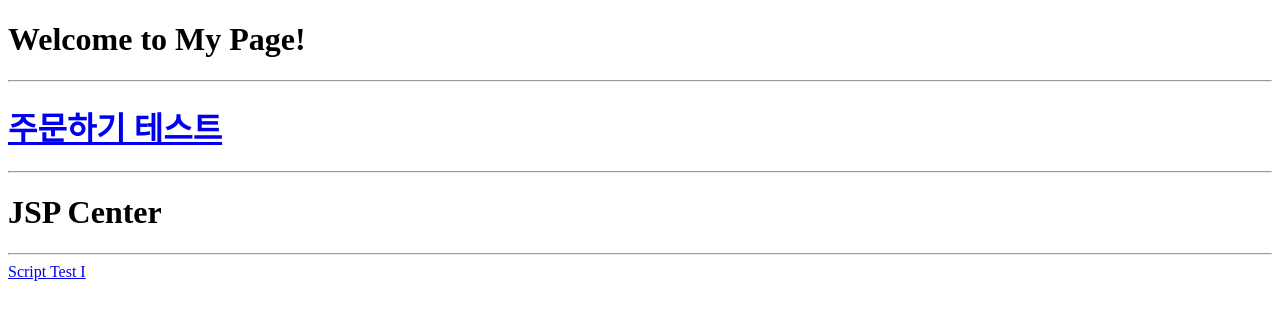
Repository: zxcvne/1400_web_nhs
Page: 05_jsp/src/web/src/main/webapp/index.html
An editor plug-in stored every save of this project. The page is shown before and after the next save, followed by the edit.
The browser window is 1280 px wide. The pictures show the whole page.

Above is the page before, as saved 2025-10-25 07:23:44.

After the next save:
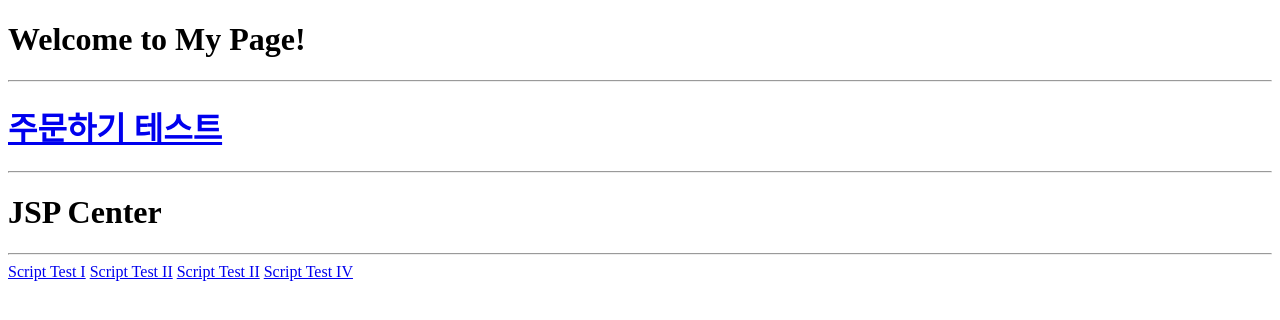
Saved 21 s later.
--- a/05_jsp/src/web/src/main/webapp/index.html
+++ b/05_jsp/src/web/src/main/webapp/index.html
@@ -12,5 +12,8 @@
 	<h1>JSP Center</h1>
 	<hr>
 	<a href="01_script_test.jsp">Script Test I</a>
+	<a href="02_script_test.jsp">Script Test II</a>
+	<a href="03_script_test.jsp">Script Test II</a>
+	<a href="04_script_test.jsp">Script Test IV</a>
 </body>
 </html>
